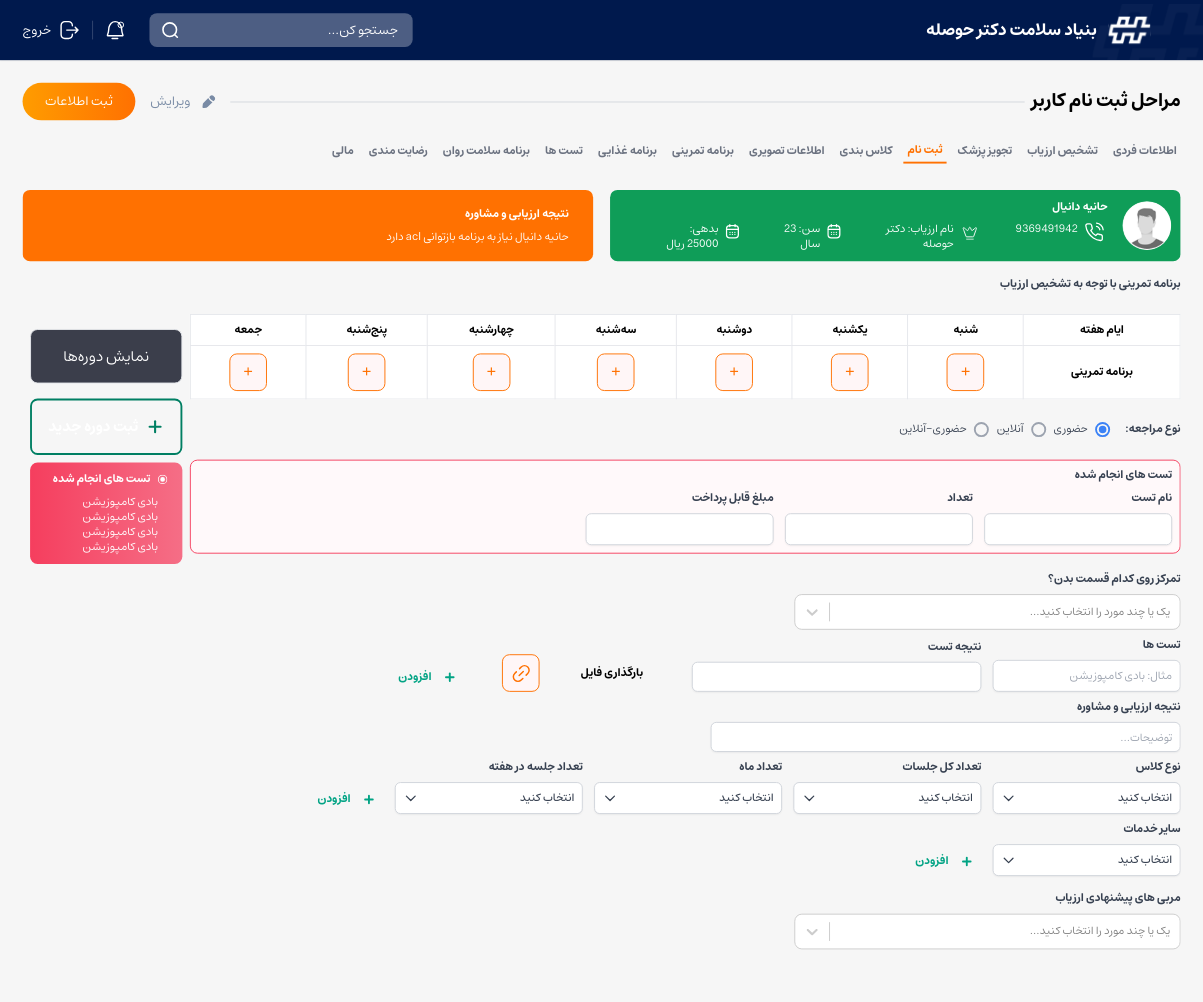
Repository: mirnajafi/ERP_hoseleh_V1.0
Page: /register, after clicking the first element matching `div.flex > :nth-child(4)`
These files come from the project's save history. The page is drawn as it stood at one moment and after the next save; the edit follows.
The browser window is 1280 px wide. The pictures show the whole page, at 94% of full size.
Some web fonts or font styles are not loaded; a fallback is used. The project was rebuilt for these pictures with package versions that can differ from the ones it lists, and the page was loaded fresh each time. The framework's server and built-in components were replaced by stand-ins that run in the browser. Also part of the build but not shown: next.config.mjs, src/components/icons/trash.tsx, src/components/weekTable/weekTable.css, src/components/icons/copy.tsx, src/components/recognitionEvaluator/recognitionEvaluator.tsx.

Above is the page before, as saved 2025-02-28 23:51:53.

After the next save:
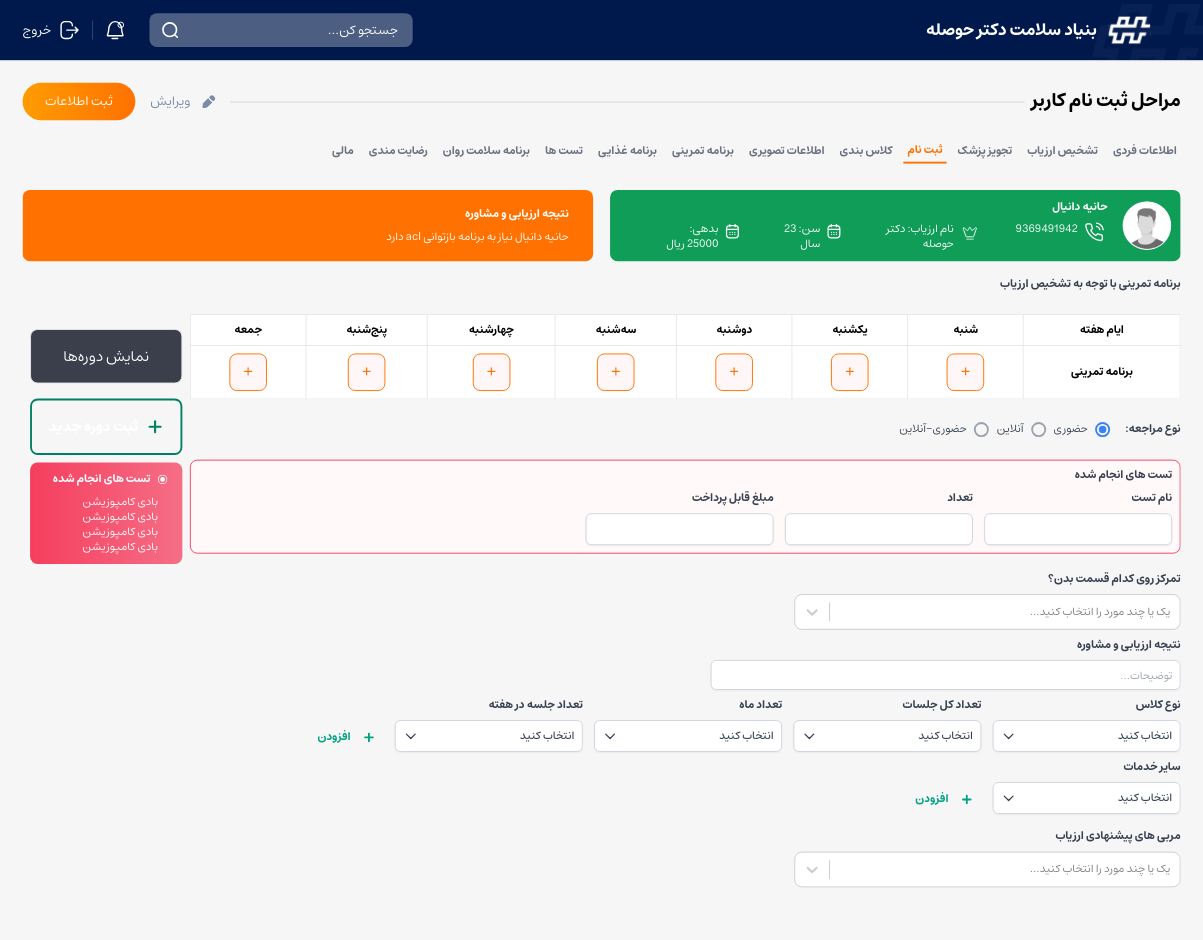
Saved 4 s later.
--- a/src/components/registration/registration.tsx
+++ b/src/components/registration/registration.tsx
@@ -148,24 +148,7 @@ const Registration = () => {
                     }}
                 />
             </div>
-            <div className="flex flex-col xl:flex-row w-full xl:items-end xl:justify-right ">
-                <Input
-                    label="تست ها"
-                    type="text"
-                    value={''}
-                    onChange={() => { }}
-                    placeholder="مثال: بادی کامپوزیشن "
-                />
-                <InputDescription
-                    label="نتیجه تست"
-                    value={''}
-                    placeholder=""
-                    className="xl:w-1/4 max-w-[500px]"
-                />
-
-                <FileUploader onFileUpload={handleFileUpload} accept="image/*" multiple />
-                <TransparentBtn label='افزودن' />
-            </div>
+
             <div className="flex flex-col xl:flex-row w-full xl:items-end xl:justify-right ">
 
                 <InputDescription
